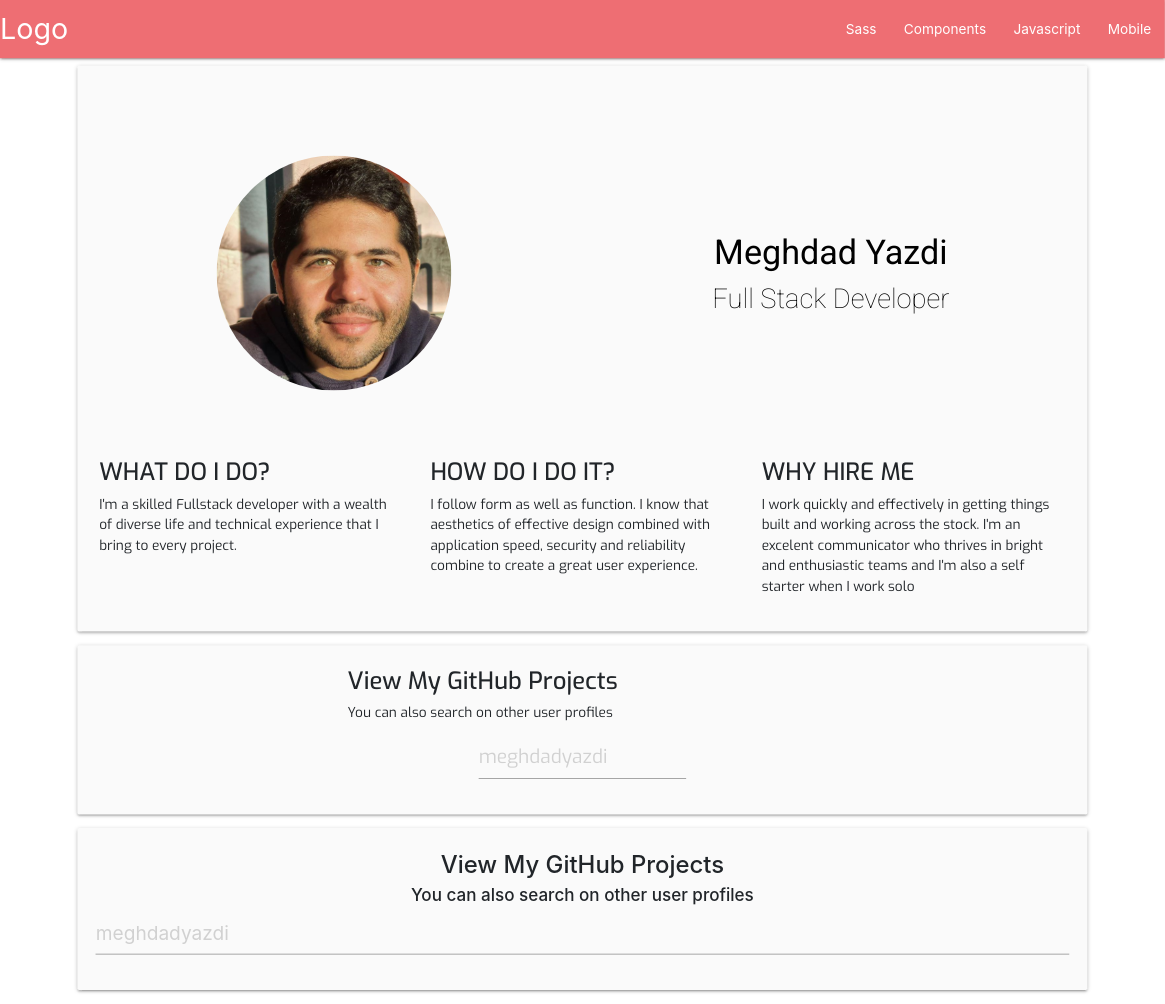
Repository: meghdadyazdi/SD_Res
Page: index.html
The author's editor kept a record of every edit. The page is drawn from the files as they stood at one moment, then again after the next edit.
The browser window is 1280 px wide. The pictures show the whole page, at 91% of full size.

Above is the page before.
Console error: ReferenceError: $ is not defined

After the next edit:
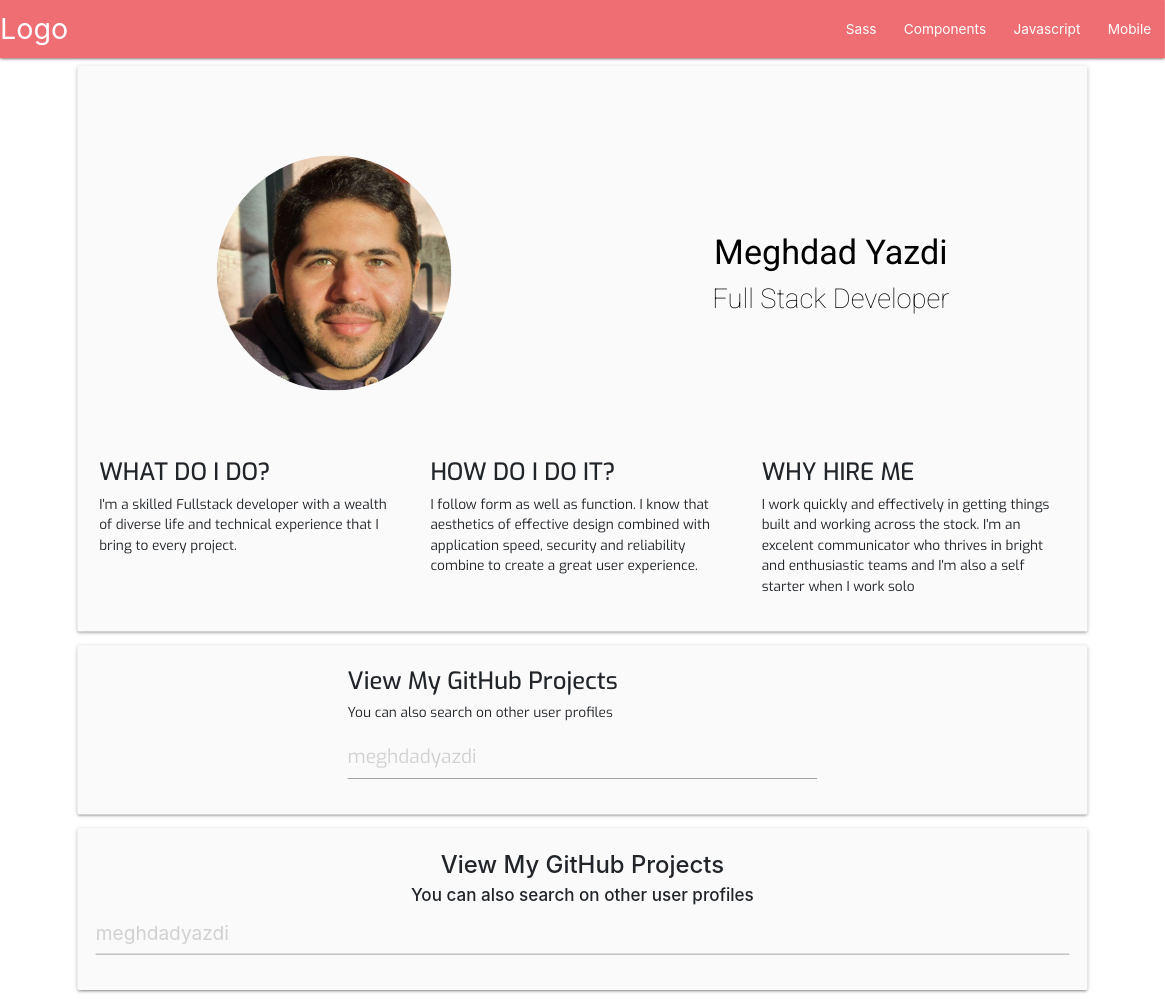
The edit:
--- a/index.html
+++ b/index.html
@@ -93,12 +93,13 @@
             <p>
               You can also search on other user profiles
             </p>
-            <div class="col-md-6 offset-md-3 center-form">
+
+            </div>
+            <div class="col-md-6 offset-md-3 center-form text_font">
                     <input type="text" id="gh-username" placeholder="meghdadyazdi" value="" oninput="fetchGitHubInformation()" />
                     <div id="gh-user-data"></div>
                     <div id="gh-repo-data"></div>
-                </div>
-            </div>
+              </div>
 
             <!--<div class="col text_font">-->
             <!--    <h3>View My GitHub Projects</h3>-->
